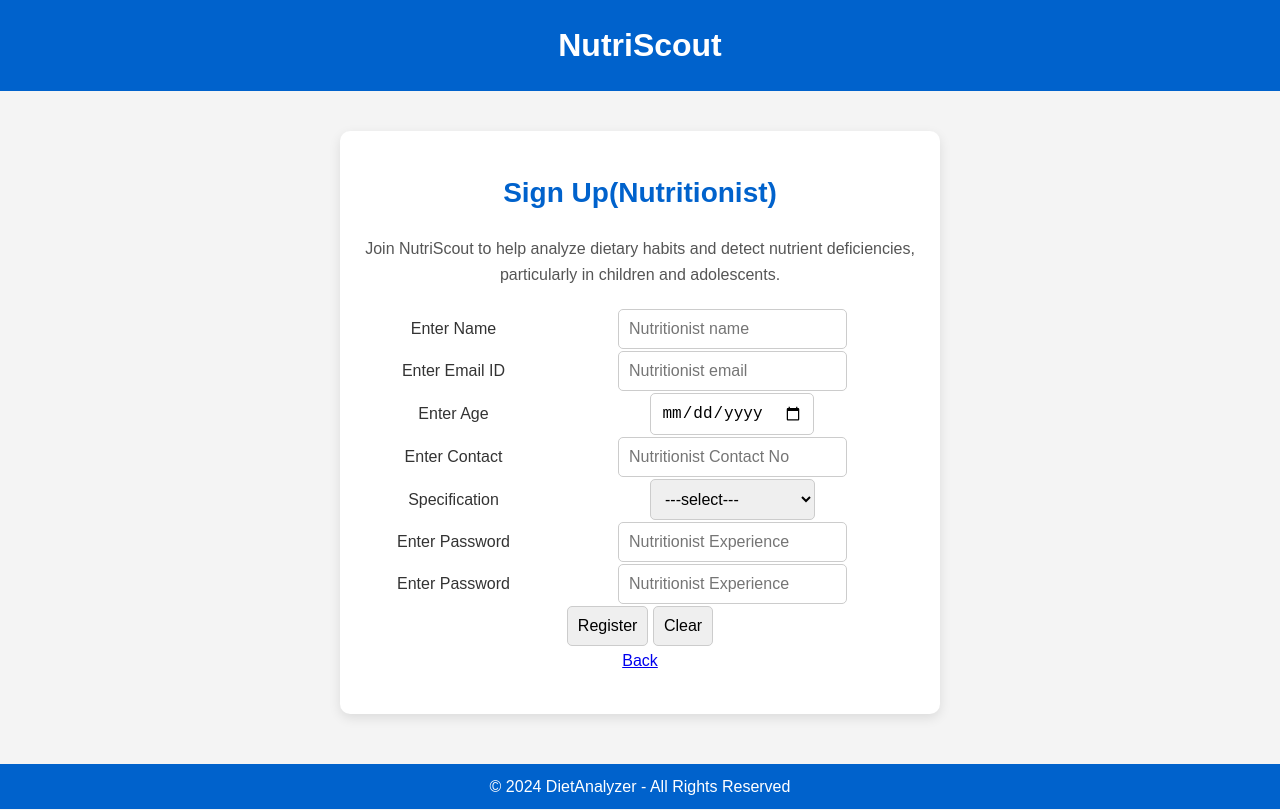
Repository: chaitanyasivathmika/NutrientDiet
Page: http://localhost/NutrientDiet/nusignup.jsp
An editor plug-in stored every save of this project. The page is shown before and after the next save, followed by the edit.
The browser window is 1280 px wide. The pictures show the whole page.
The page is served by Tomcat 10.

Above is the page before, as saved 2024-11-16 16:30:41.

After the next save:
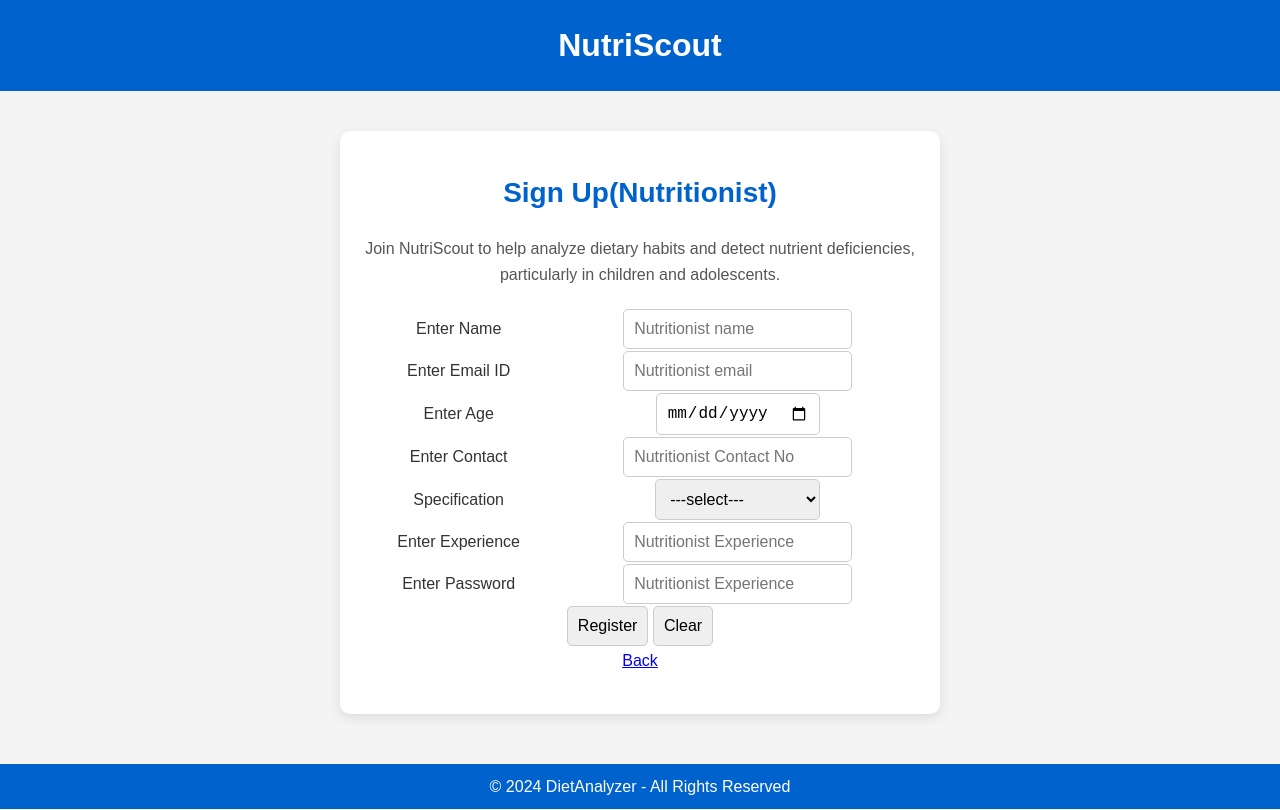
Saved 16 s later.
--- a/NutrientDiet/src/main/webapp/nusignup.jsp
+++ b/NutrientDiet/src/main/webapp/nusignup.jsp
@@ -170,7 +170,7 @@ footer {
                     </td>
                 </tr>
                  <tr>
-                    <td><label for="nexperience">Enter Password</label></td>
+                    <td><label for="nexperience">Enter Experience</label></td>
                     <td><input type="text" id="nexperience" name="nexperience" required placeholder="Nutritionist Experience"/></td>
                 </tr>
                 <tr>
